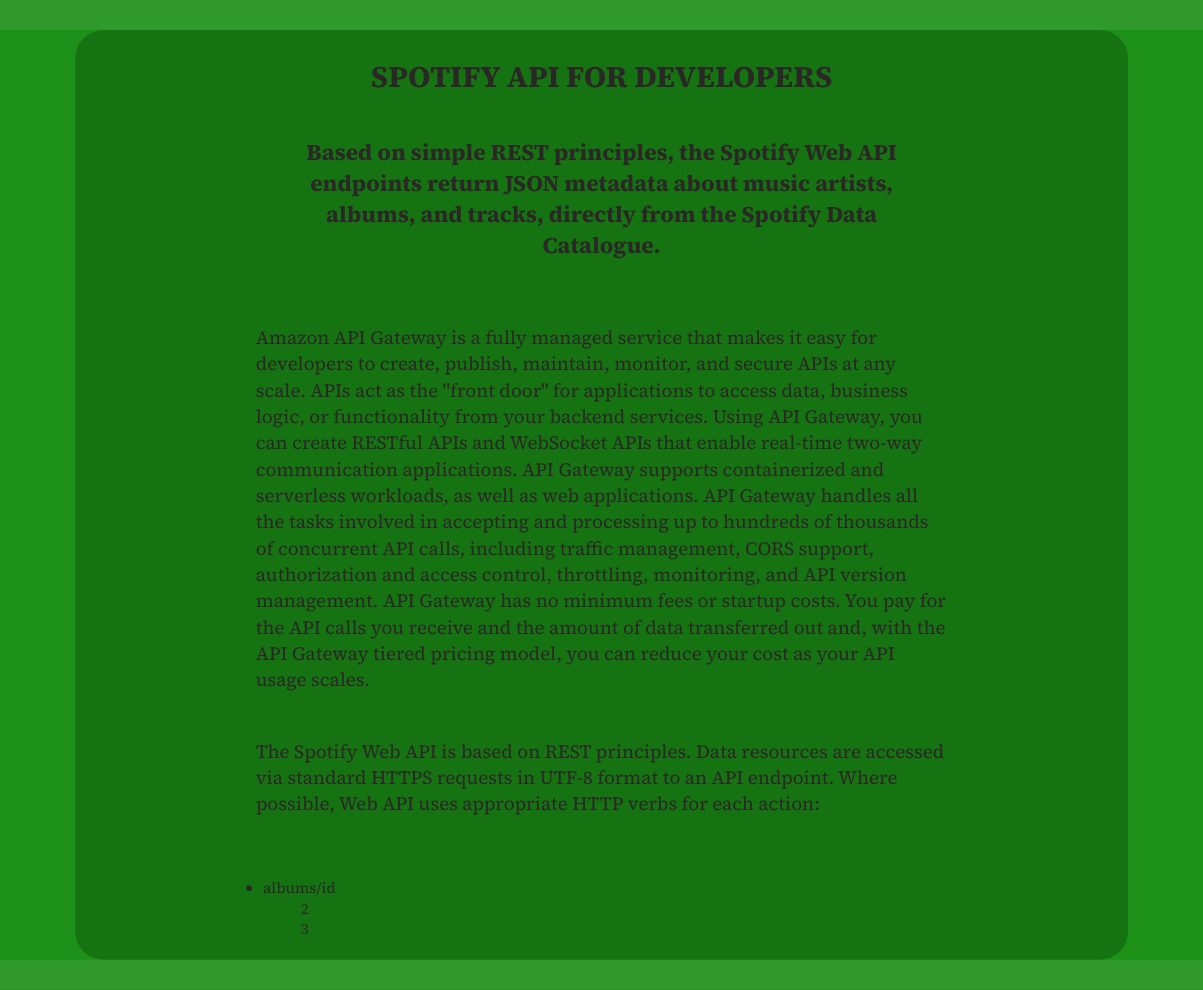
Repository: eliasihai/dizza-html-project
Page: index.html
The author's editor kept a copy of each file at every save. The page is drawn from the files as they stood at one save, then again after the next save.
The browser window is 1280 px wide. The pictures show the whole page, at 94% of full size.

Above is the page before, as saved 2022-01-26 01:17:53.

After the next save:
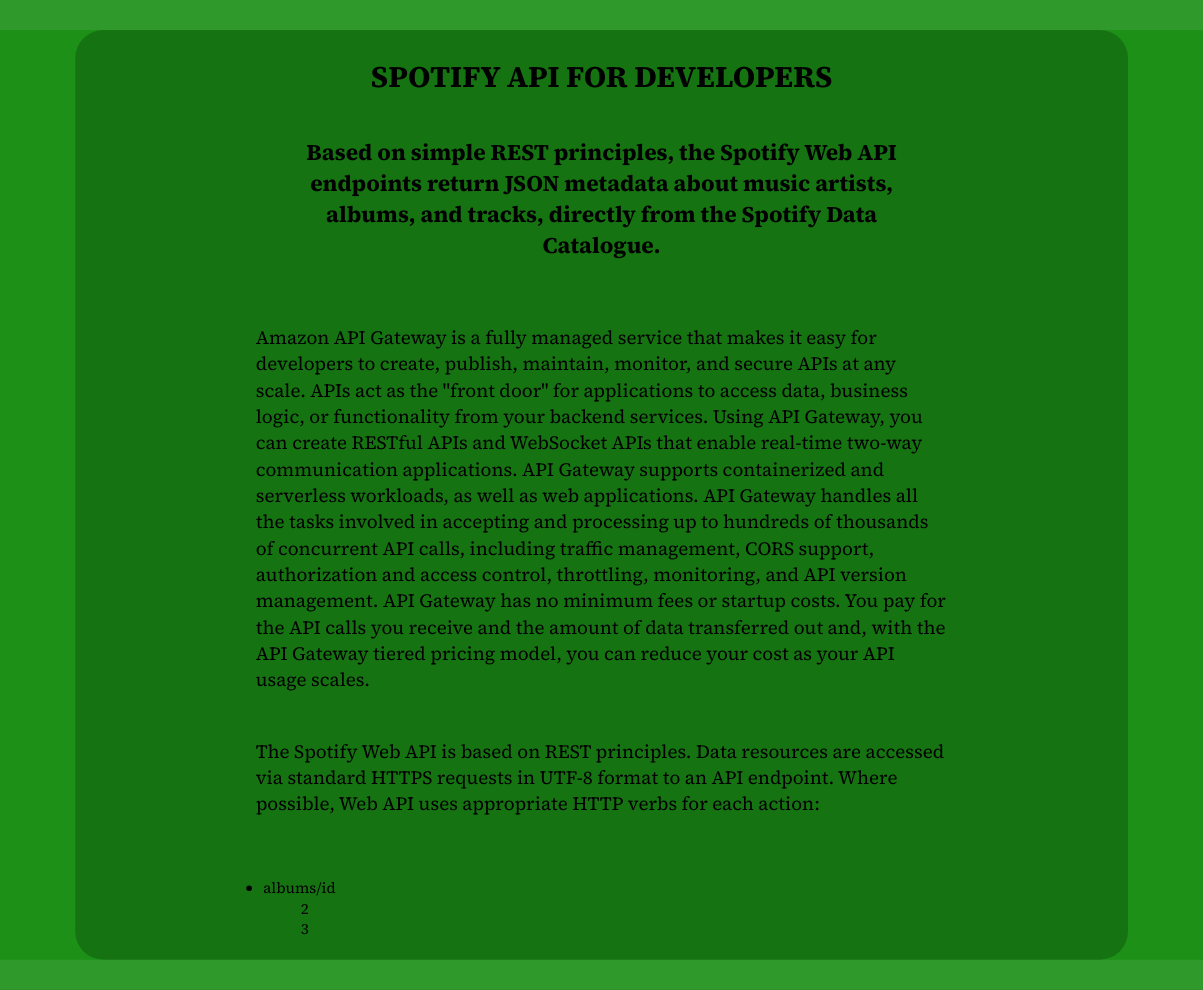
Saved 4 s later.
--- a/style.css
+++ b/style.css
@@ -6,7 +6,7 @@
   /* background-image: url("/download.png");
    */
   background-color: rgba(26, 143, 22, 0.9);
-  color: rgb(43, 39, 39);
+  /* color: rgb(43, 39, 39); */
 }
 .container {
   height: 80%;
